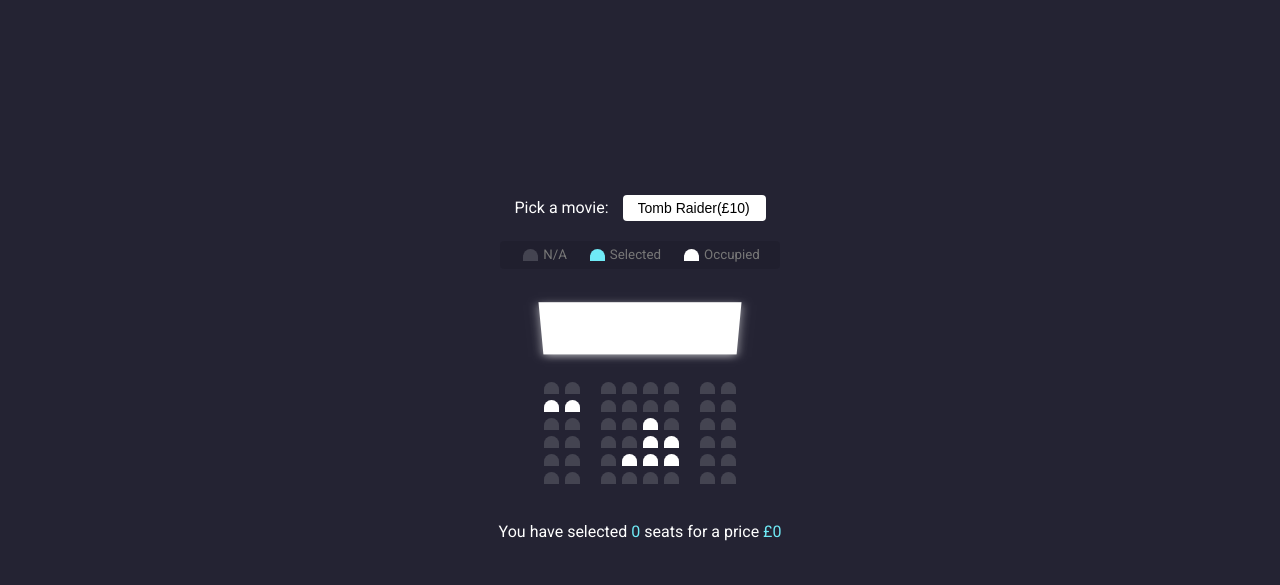
Repository: JiiXaa/CinemaSeatBooking
Page: index.html
The author's editor kept a copy of each file at every save. The page is drawn from the files as they stood at one save, then again after the next save.
The browser window is 1280 px wide. The pictures show the whole page.

Above is the page before, as saved 2020-06-14 19:10:51.

After the next save:
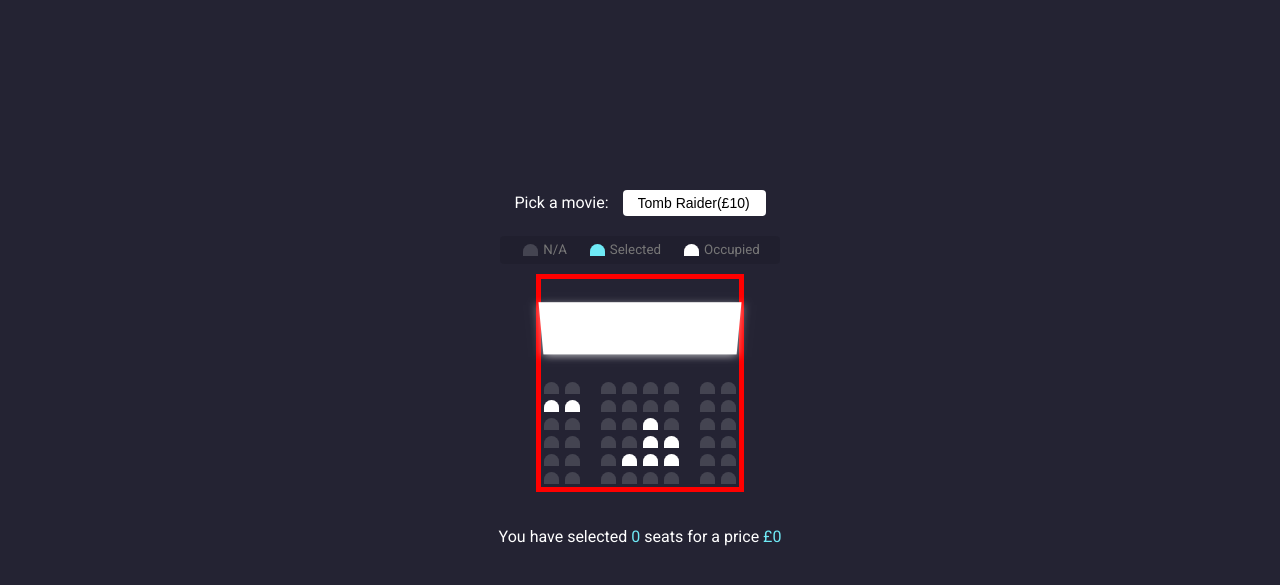
Saved 24 h 26 min later.
--- a/style.css
+++ b/style.css
@@ -98,6 +98,7 @@
 .container {
   perspective: 1000px;
   margin-bottom: 30px;
+  border: red 5px solid;
 }
 
 .screen {

After the save that followed:
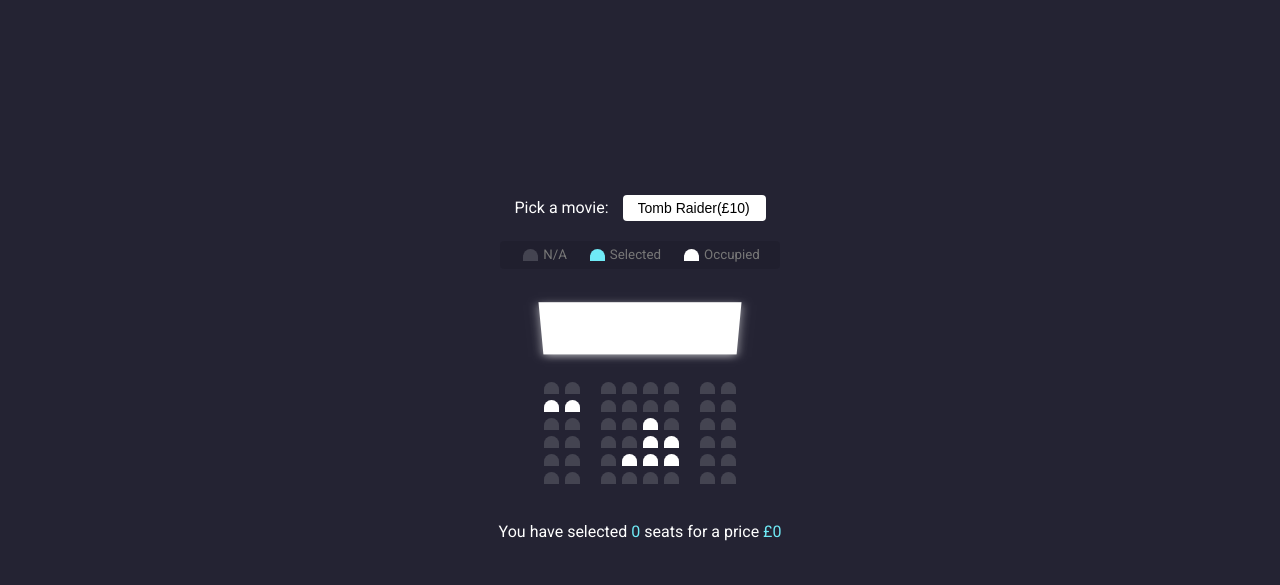
Saved 6 s later.
--- a/style.css
+++ b/style.css
@@ -98,7 +98,6 @@
 .container {
   perspective: 1000px;
   margin-bottom: 30px;
-  border: red 5px solid;
 }
 
 .screen {
